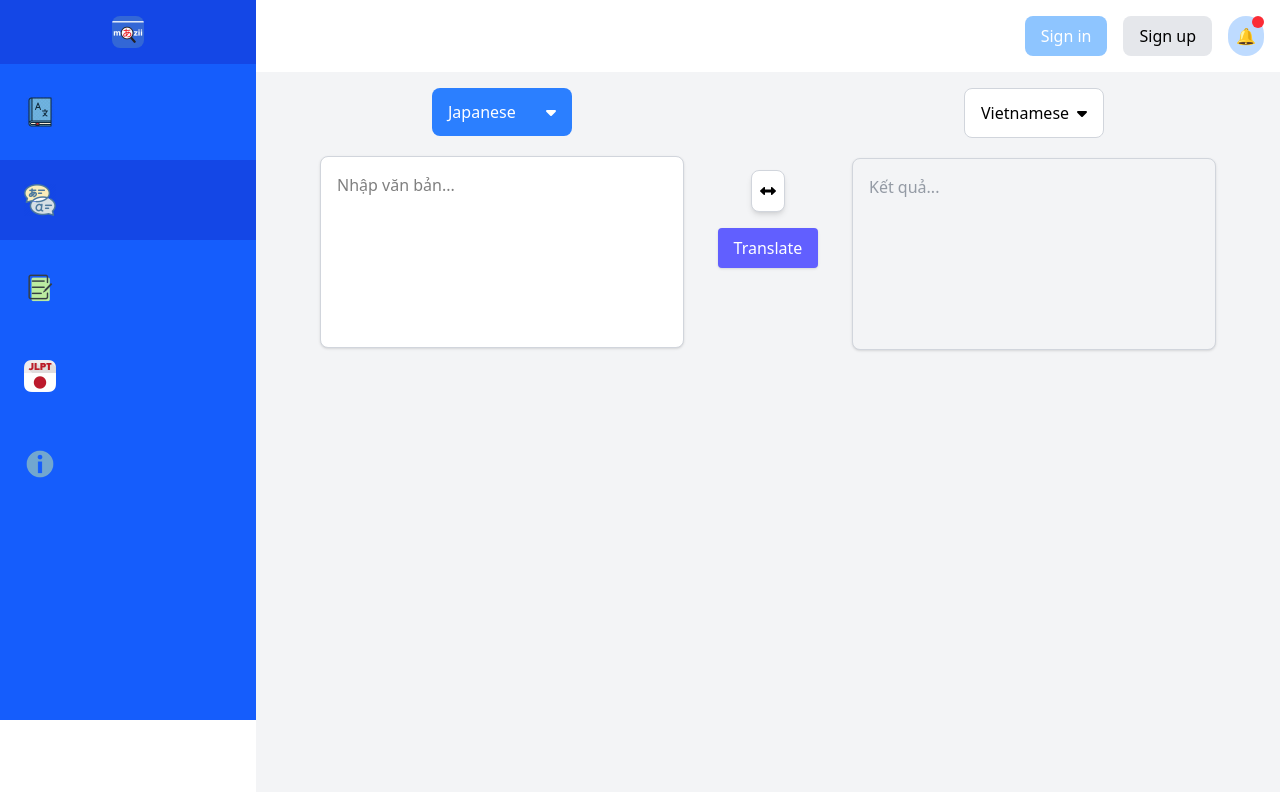
Repository: reminzuetto/JapaneseTranslationApp
Page: /translate
These files come from the project's save history. The page is drawn as it stood at one moment and after the next save; the edit follows.
The browser window is 1280 px wide. The pictures show the whole page.
The page's requests for data from a server got no answer. The project was rebuilt for these pictures with package versions that can differ from the ones it lists, and the page was loaded fresh each time. No one was signed in, and anything a server would have sent is missing. Also part of the build but not shown: vite.config.js, src/components/Header/NotificationItem.jsx, src/components/SeachBar/DropDownButton.jsx, src/components/SeachBar/SearchInput.jsx, src/components/SeachBar/SearchBar.jsx, src/pages/Home.jsx, src/Firebase.jsx, src/pages/SignInForm.jsx and 5 more.

Above is the page before, as saved 2025-03-18 00:10:06.

### src/App.jsx
import React, { useState } from "react";
import { BrowserRouter as Router, Routes, Route } from "react-router-dom";
import Header from "./components/Header/Header";
import Home from "./pages/Home";
import Sidebar from "./components/SideBar/SideBar";
import SignInForm from "./pages/SignInForm";
import SignUpForm from "./pages/SignUpForm";
import SearchPage from "./pages/SearchPage";
import TranslatePage from "./pages/TranslatePage";
import CollectionPage from "./pages/CollectionPage";
import JLPTPage from "./pages/JLPTPage";
import AboutPage from "./pages/AboutPage";

function App() {
  const [isSidebarOpen, setIsSidebarOpen] = useState(false);

  return (
    <Router>
      <div className="flex">
        {/* Sidebar */}
        <Sidebar isOpen={isSidebarOpen} setIsOpen={setIsSidebarOpen} />

        {/* Nội dung chính */}
        <div
          className={`flex-1 transition-all duration-300 ${
            isSidebarOpen ? "ml-64" : "ml-20"
          }`}
        >
          <Header />
          <Routes>
            <Route path="/" element={<Home />} />
            <Route path="/signin" element={<SignInForm />} />
            <Route path="/signup" element={<SignUpForm />} />
            <Route path="/search" element={<SearchPage />} />
            <Route path="/translate" element={<TranslatePage />} />
            <Route path="/collection" element={<CollectionPage />} />
            <Route path="/jlpt" element={<JLPTPage />} />
            <Route path="/about" element={<AboutPage />} />
          </Routes>
        </div>
      </div>
    </Router>
  );
}

export default App;

### src/components/Header/Header.jsx
import React, { useState } from "react";
import useClickOutside from "../../hooks/useClickOutside";
import notificationsData from "/src/Data.js";
import NotificationItem from "../Header/NotificationItem";
import { Link } from "react-router-dom";

const Header = () => {
  const { show, setShow, nodeRef } = useClickOutside();
  const [notifications, setNotifications] = useState(notificationsData);

  const markAsSeen = (id) => {
    setNotifications((prev) =>
      prev.map((item) => (item.id === id ? { ...item, seen: true } : item))
    );
  };

  return (
    <header className="flex items-center justify-end p-4 bg-white shadow-md  top-0 left-0 w-full z-50">
      <div className="flex items-center gap-4">
        <Link to="/signin">
          <button className="px-4 py-2 text-white bg-blue-300 rounded-lg hover:bg-blue-500">
            Sign in
          </button>
        </Link>

        <Link to="/signup">
          <button className="px-4 py-2 text-blue bg-gray-200 rounded-lg hover:bg-blue-500 hover:text-white">
            Sign up
          </button>
        </Link>
        <div className="relative" ref={nodeRef}>
          <div
            className="relative p-2 rounded-full bg-blue-200 hover:bg-blue-400 cursor-pointer"
            onClick={() => setShow(!show)}
          >
            🔔
            {notifications.some((item) => !item.seen) && (
              <span className="absolute top-0 right-0 w-3 h-3 bg-red-500 rounded-full"></span>
            )}
          </div>

          {show && (
            <div className="absolute top-full -left-2 min-w-[250px] translate-x-[-100%] mt-2 bg-white shadow-lg rounded-lg border border-gray-200">
              {notifications.length > 0 ? (
                notifications.map((item) => (
                  <NotificationItem
                    key={item.id}
                    id={item.id}
                    title={item.title}
                    time={item.time}
                    seen={item.seen}
                    onMarkAsSeen={markAsSeen}
                  />
                ))
              ) : (
                <div className="p-4 text-center text-gray-400">
                  Không có thông báo mới
                </div>
              )}
            </div>
          )}
        </div>
      </div>
    </header>
  );
};

export default Header;

### src/components/SideBar/SideBar.jsx
import React from "react";
import { NavLink } from "react-router-dom";

const SidebarItem = ({ src, text, to }) => (
  <li className="w-full">
    <NavLink
      to={to}
      className={({ isActive }) =>
        `flex items-center h-20 text-gray-200 no-underline transition duration-500 hover:bg-blue-700 hover:text-white hover:shadow-lg hover:font-bold hover:rounded-lg hover:ml-3 hover:mr-3 ${
          isActive ? "bg-blue-700 font-bold text-white" : ""
        }`
      }
    >
      <img className="w-8 min-w-8 mx-6" src={src} alt={text} />
      <span className="hidden group-hover:block ml-4">{text}</span>
    </NavLink>
  </li>
);

const SideBar = ({ isOpen, setIsOpen }) => {
  const menuItems = [
    { src: "/src/assets/SearchIcon.png", text: "Search", to: "/search" },
    {
      src: "/src/assets/TranslateIcon.png",
      text: "Translate",
      to: "/translate",
    },
    {
      src: "/src/assets/CollectionIcon.png",
      text: "Collection",
      to: "/collection",
    },
    { src: "/src/assets/JLPTIcon.png", text: "JLPT", to: "/jlpt" },
    { src: "/src/assets/AboutIcon.jpg", text: "About us", to: "/about" },
  ];

  return (
    <nav
      className={`w-20 h-screen fixed z-51 bg-blue-600 transition-all duration-200 hover:w-64 group ${
        isOpen ? "w-64" : "w-20"
      }`}
      onMouseEnter={() => setIsOpen(true)}
      onMouseLeave={() => setIsOpen(false)}
    >
      <ul className="flex flex-col items-center space-y-2">
        <li className="w-full text-center py-4 bg-blue-700 font-bold uppercase text-white text-2xl">
          <NavLink className="flex items-center justify-center" to="/">
            <img
              className="w-8 h-8 rounded-lg transition-transform duration-600 group-hover:rotate-[-360deg]"
              src="/src/assets/MaziiLogo.png"
              alt="Mazii logo"
            />
            <span className="hidden group-hover:block ml-4">Mazzi</span>
          </NavLink>
        </li>
        {menuItems.map((item, index) => (
          <SidebarItem
            key={index}
            src={item.src}
            text={item.text}
            to={item.to}
          />
        ))}
      </ul>
    </nav>
  );
};

export default SideBar;

### src/pages/TranslatePage.jsx
import React, { useState } from "react";
import LanguageSelector from "../components/TranslatePage/LanguageSelector";
import TextBox from "../components/TranslatePage/TextBox";
import { FontAwesomeIcon } from "@fortawesome/react-fontawesome";
import { faArrowsAltH } from "@fortawesome/free-solid-svg-icons";

const TranslatePage = () => {
  const [state, setState] = useState({
    text: "",
    translatedText: "",
    sourceLang: "ja",
    targetLang: "vi",
  });

  const languageOptions = [
    { label: "Japanese", value: "ja" },
    { label: "Vietnamese", value: "vi" },
    { label: "English", value: "en" },
  ];

  const handleTranslate = async () => {
    if (!state.text) return;
    setState((prev) => ({
      ...prev,
      translatedText: `(${prev.targetLang}) ${prev.text}`,
    }));
  };

  const swapLanguages = () => {
    setState((prev) => ({
      ...prev,
      sourceLang: prev.targetLang,
      targetLang: prev.sourceLang,
      text: prev.translatedText,
      translatedText: prev.text,
    }));
  };

  return (
    <div className="flex flex-col items-center min-h-screen bg-gray-100 p-4">
      <div className="grid grid-cols-12 gap-4 max-w-4xl w-full">
        {/* Ô nhập ngôn ngữ gốc */}
        <div className="col-span-5 flex flex-col items-center gap-5">
          <LanguageSelector
            type="from"
            value={state.sourceLang}
            onChange={(lang) =>
              setState((prev) => ({ ...prev, sourceLang: lang }))
            }
            options={languageOptions}
          />
          <TextBox
            value={state.text}
            onChange={(text) => setState((prev) => ({ ...prev, text }))}
          />
        </div>

        {/* Khu vực nút chuyển đổi */}
        <div className="col-span-2 flex flex-col justify-center items-center space-y-4">
          <button
            onClick={swapLanguages}
            className="p-2 bg-white text-black rounded-lg shadow-md border border-gray-300 hover:bg-gray-200 transition"
          >
            <FontAwesomeIcon icon={faArrowsAltH} />
          </button>

          <button
            onClick={handleTranslate}
            className="px-4 py-2 bg-indigo-500 text-white rounded shadow hover:bg-indigo-600"
          >
            Translate
          </button>
        </div>

        {/* Ô hiển thị kết quả dịch */}
        <div className="col-span-5 flex flex-col items-center gap-5">
          <LanguageSelector
            type="to"
            value={state.targetLang}
            onChange={(lang) =>
              setState((prev) => ({ ...prev, targetLang: lang }))
            }
            options={languageOptions}
          />
          <TextBox value={state.translatedText} readOnly />
        </div>
      </div>
    </div>
  );
};

export default TranslatePage;

### src/hooks/useClickOutside.jsx
import { useEffect, useRef, useState } from "react";

export default function useClickOutside(dom = "button") {
  const [show, setShow] = useState(false);
  const nodeRef = useRef(null);
  useEffect(() => {
    const handleClickOutside = (event) => {
      if (
        nodeRef.current &&
        !nodeRef.current.contains(event.target) &&
        !event.target.matches(dom)
      ) {
        setShow(false);
      }
    };
    document.addEventListener("click", handleClickOutside);
    return () => {
      document.removeEventListener("click", handleClickOutside);
    };
  }, []);

  return {
    show,
    setShow,
    nodeRef,
  };
}

### src/Data.js
const notificationsData = [
  {
    id: 1,
    title: "JavaScript Update",
    content: "Phiên bản mới của JavaScript đã được phát hành.",
    time: "10 phút trước",
    seen: false,
  },
  {
    id: 2,
    title: "ReactJS Tips",
    content: "Học cách tối ưu hóa hiệu suất trong ReactJS.",
    time: "30 phút trước",
    seen: true,
  },
  {
    id: 3,
    title: "VueJS News",
    content: "Vue 3 đang ngày càng phổ biến hơn!",
    time: "1 giờ trước",
    seen: false,
  },
  {
    id: 4,
    title: "Next.js Guide",
    content: "Làm thế nào để sử dụng Server Actions hiệu quả?",
    time: "3 giờ trước",
    seen: true,
  },
  {
    id: 5,
    title: "PostgreSQL Tips",
    content: "Cách tối ưu truy vấn SQL cho tốc độ nhanh hơn.",
    time: "5 giờ trước",
    seen: false,
  },
];

export default notificationsData;

### src/components/TranslatePage/LanguageSelector.jsx
import { useState, useRef, useEffect } from "react";
import { FontAwesomeIcon } from "@fortawesome/react-fontawesome";
import { faCaretUp, faCaretDown } from "@fortawesome/free-solid-svg-icons";

function LanguageSelector({ type, value, onChange, options }) {
  const [isOpen, setIsOpen] = useState(false);
  const dropdownRef = useRef(null);

  useEffect(() => {
    function handleClickOutside(event) {
      if (dropdownRef.current && !dropdownRef.current.contains(event.target)) {
        setIsOpen(false);
      }
    }
    document.addEventListener("mousedown", handleClickOutside);
    return () => {
      document.removeEventListener("mousedown", handleClickOutside);
    };
  }, []);

  const selectedLabel =
    options.find((option) => option.value === value)?.label || "Chọn ngôn ngữ";

  // Xác định màu nền theo loại (From/To)
  const bgColor = type === "from" ? "bg-blue-500" : "bg-white";
  const hover =
    type === "from"
      ? "hover:bg-blue-600"
      : "hover:bg-blue-600 hover:text-white";
  const textColor = type === "from" ? "text-white" : "text-black";
  const border = type === "from" ? "" : "border border-gray-300";
  return (
    <div className="relative w-auto mx-10" ref={dropdownRef}>
      <button
        className={`flex items-center justify-between whitespace-nowrap ${bgColor} font-medium px-4 py-3 rounded-lg ${hover} ${textColor} ${border} transition cursor-pointer w-35`}
        onClick={() => setIsOpen(!isOpen)}
      >
        <span>{selectedLabel}</span>
        <FontAwesomeIcon
          icon={isOpen ? faCaretUp : faCaretDown}
          className="ml-2"
        />
      </button>

      {isOpen && (
        <ul className="absolute left-0 right-0 mt-2 bg-gray-200 text-gray-900 text-lg rounded-md shadow-lg z-10">
          {options.map((option) => (
            <li
              key={option.value}
              className="flex items-center justify-between px-4 py-3 hover:bg-gray-300 cursor-pointer transition"
              onClick={() => {
                onChange(option.value);
                setIsOpen(false);
              }}
            >
              <span>{option.label}</span>
            </li>
          ))}
        </ul>
      )}
    </div>
  );
}

export default LanguageSelector;

### src/components/TranslatePage/TextBox.jsx
const TextBox = ({ value, onChange, readOnly = false }) => {
  return (
    <textarea
      value={value}
      onChange={(e) => onChange && onChange(e.target.value)}
      placeholder={readOnly ? "Kết quả..." : "Nhập văn bản..."}
      readOnly={readOnly}
      className={`w-full p-4 border border-gray-300 rounded-lg h-48 resize-none shadow-sm focus:outline-none focus:ring-2 focus:ring-blue-500 transition ${
        readOnly ? "bg-gray-100 text-gray-700" : "bg-white"
      }`}
    />
  );
};

export default TextBox;

Loaded but not shown: index.html (common file); src/main.jsx (common file); src/index.css (common file)

After the next save:
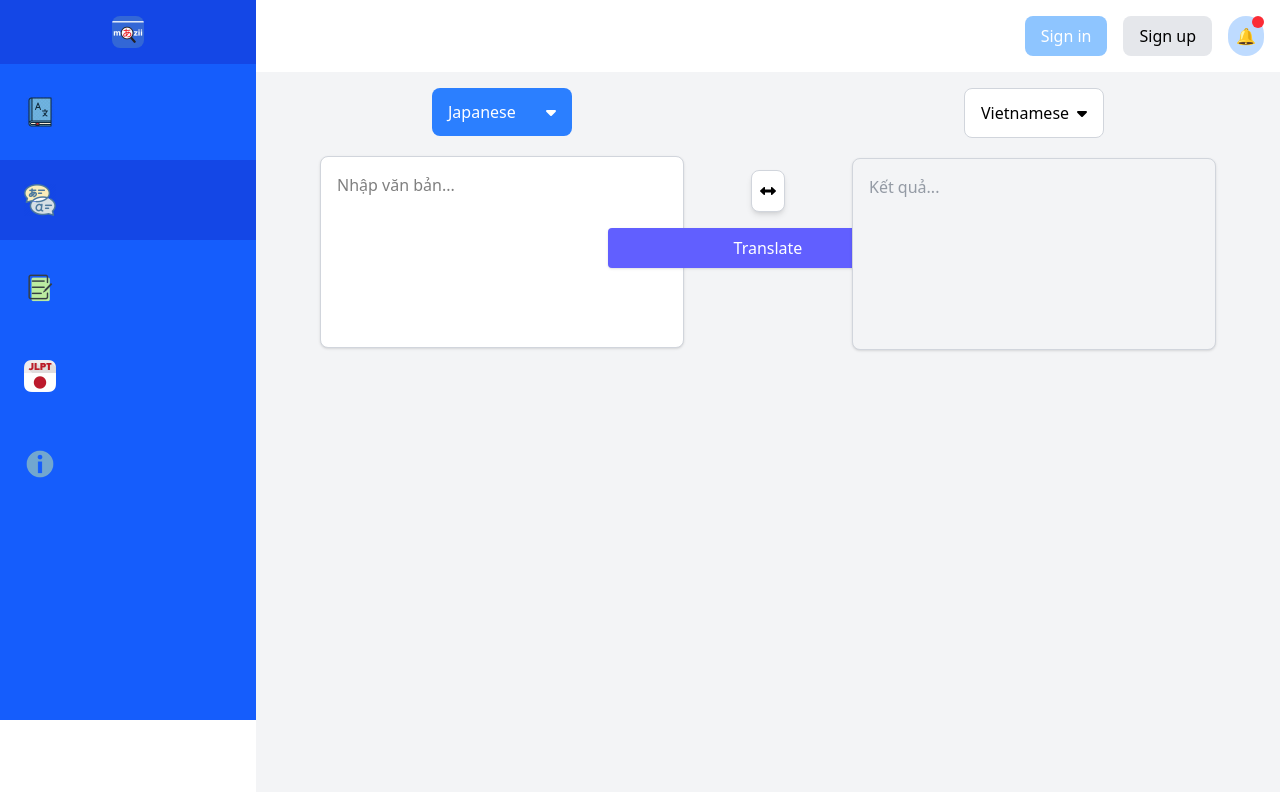
Saved 17 s later.
--- a/src/pages/TranslatePage.jsx
+++ b/src/pages/TranslatePage.jsx
@@ -66,7 +66,7 @@ const TranslatePage = () => {
 
           <button
             onClick={handleTranslate}
-            className="px-4 py-2 bg-indigo-500 text-white rounded shadow hover:bg-indigo-600"
+            className="px-4 py-2 w-80 bg-indigo-500 text-white rounded shadow hover:bg-indigo-600"
           >
             Translate
           </button>
